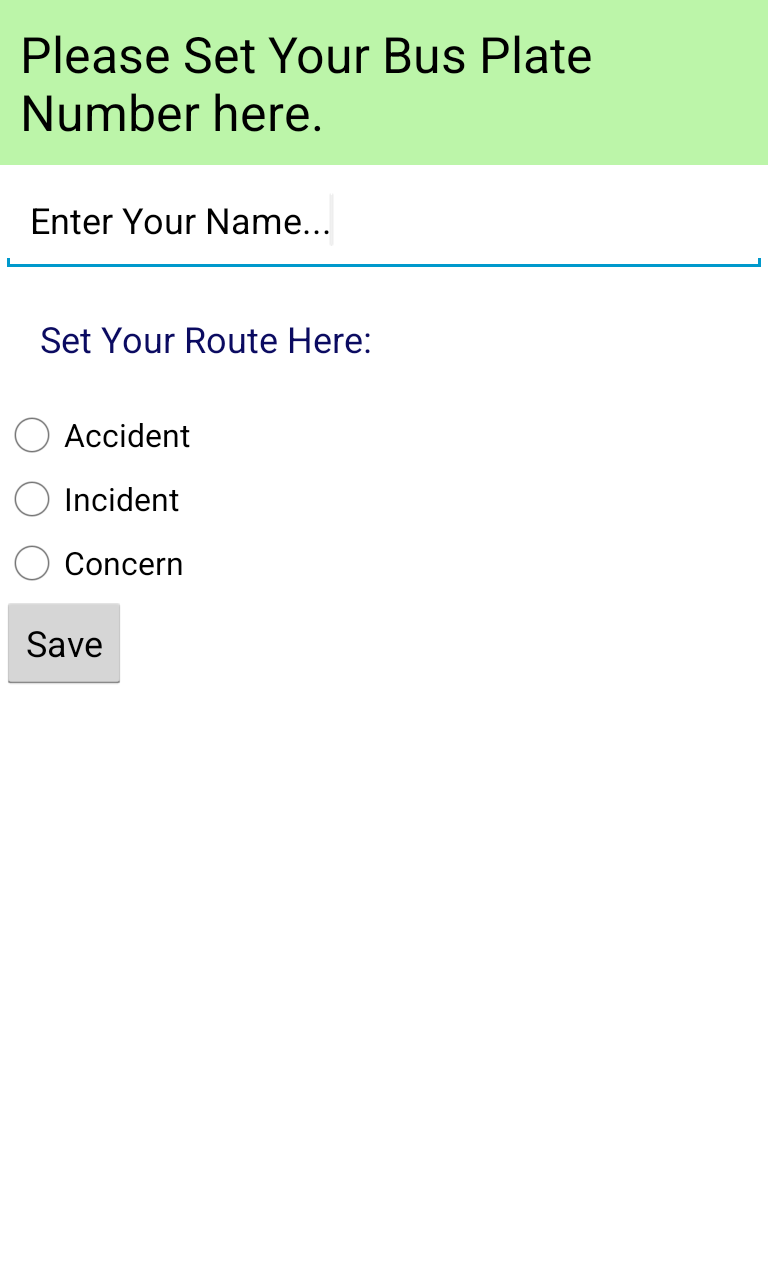
Repository: patheon17/myrepo2
Layout: workspace/UMBusTracker/res/layout/activity_set_plate_num.xml
These files come from the project's save history. The layout is drawn as it stood at one moment and after the next save; the edit follows.
It is drawn on a 768 x 1280 px phone screen (xhdpi) without system bars, with theme AppTheme; the app's code is not run.

Above is the layout before, as saved 2013-10-01 09:48:16.

After the next save:
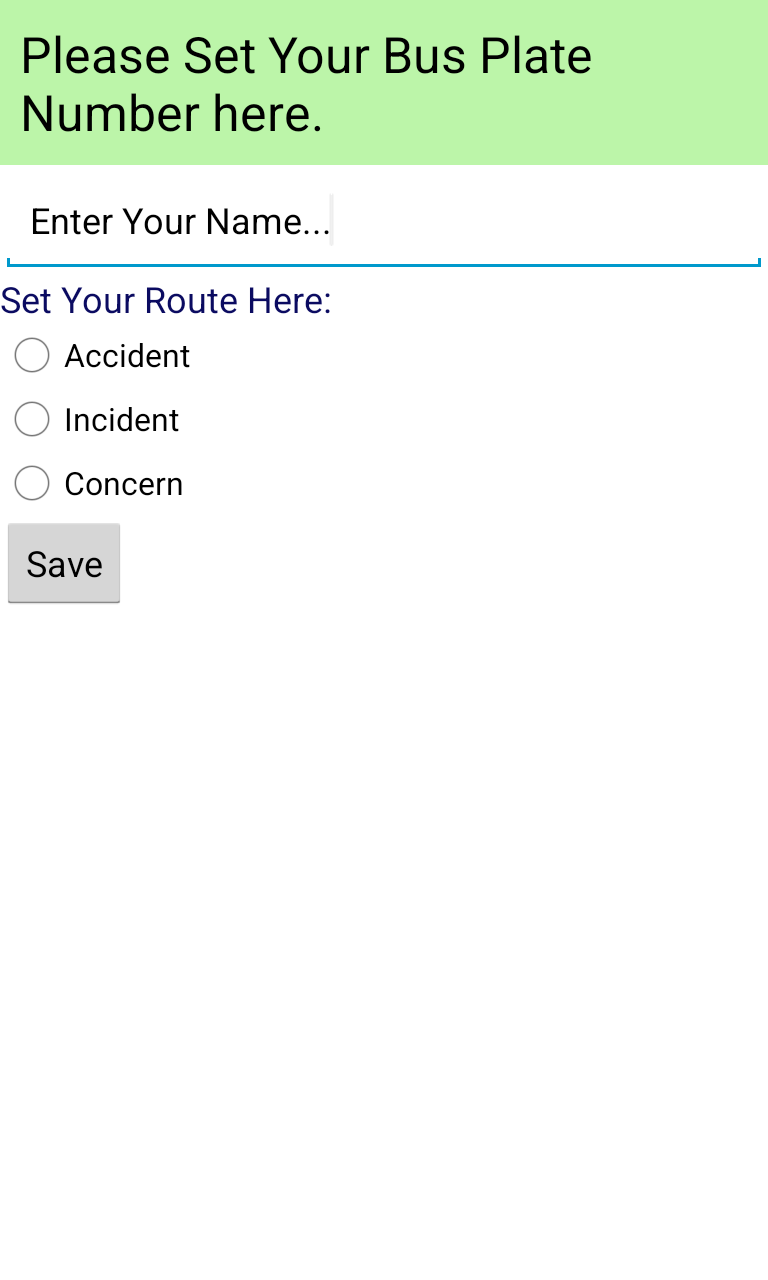
Saved 95 s later.
--- a/workspace/UMBusTracker/res/layout/activity_set_plate_num.xml
+++ b/workspace/UMBusTracker/res/layout/activity_set_plate_num.xml
@@ -30,7 +30,7 @@
         android:id="@+id/textView2"
         android:layout_width="wrap_content"
         android:layout_height="wrap_content"
-        android:padding="20sp"
+        android:margin_top="20sp"
         android:text="Set Your Route Here:"
         android:textAppearance="?android:attr/textAppearanceMedium"
         android:textColor="#0B0B61" />
